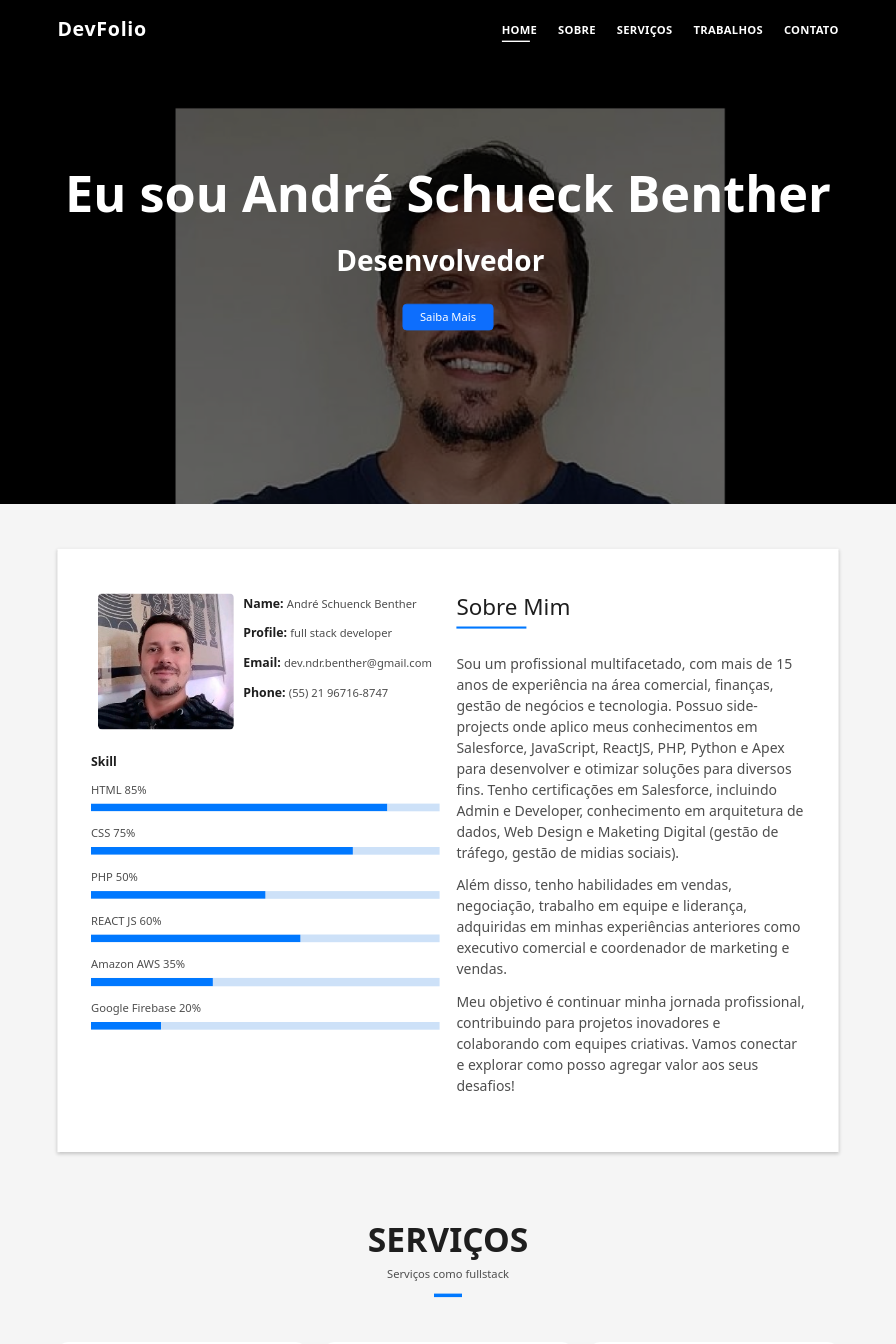
Repository: Andre-Benther/developerfolio
Page: index.html
The author's editor kept a copy of each file at every save. The page is drawn from the files as they stood at one save, then again after the next save.
The browser window is 1280 px wide. The pictures show the part of the page from y = 0 to 1920 px (the page is 4308 px tall), at 70% of full size.
Backgrounds fixed to the window are drawn as part of the page.

Above is the page before, as saved 2024-04-18 06:27:09.

After the next save:
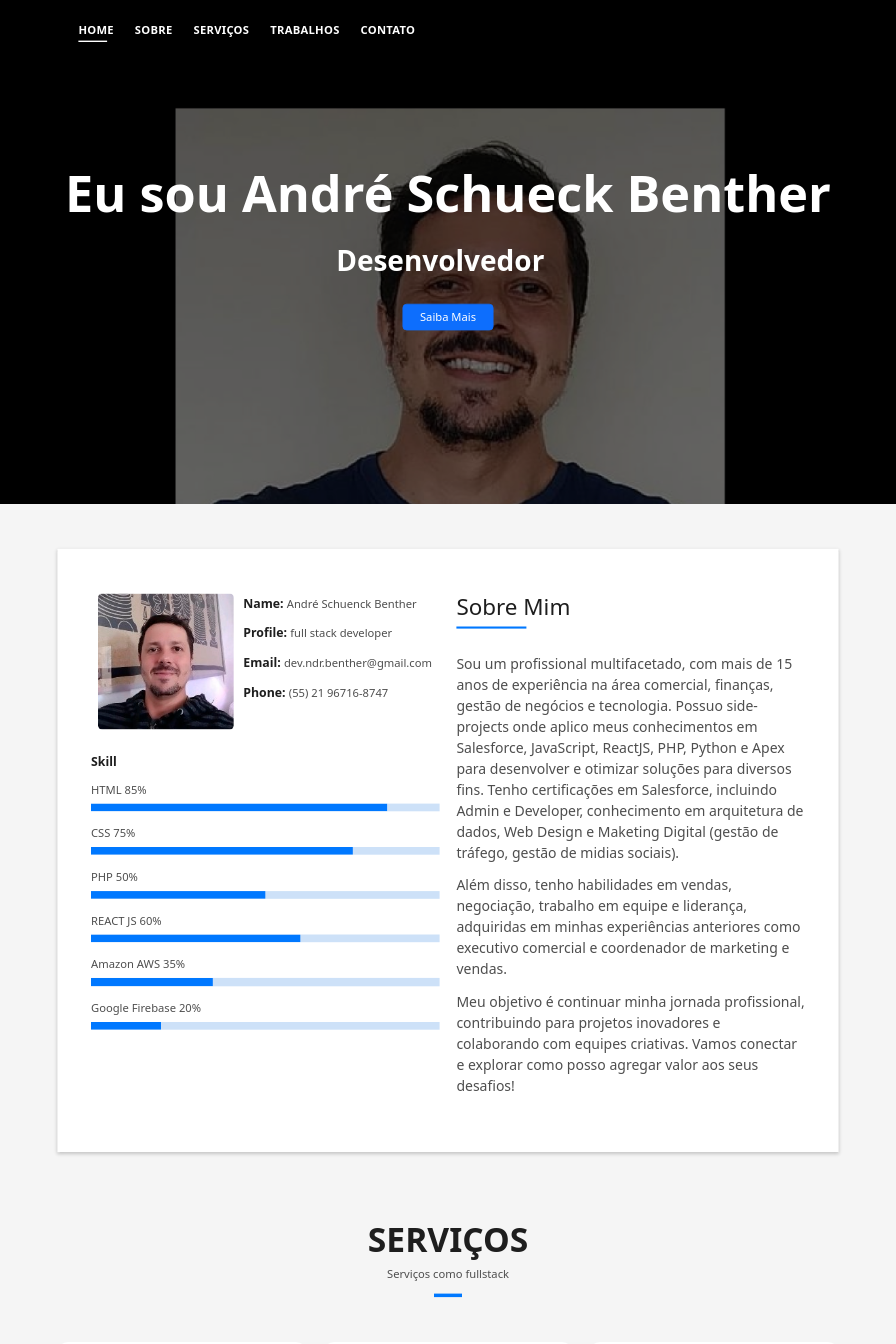
Saved 37 s later.
--- a/index.html
+++ b/index.html
@@ -37,7 +37,7 @@
   <header id="header" class="fixed-top">
     <div class="container d-flex align-items-center justify-content-between">
 
-      <h1 class="logo"><a href="index.html">DevFolio</a></h1>
+      <!-- <h1 class="logo"><a href="index.html">DevFolio</a></h1> -->
       <!-- Uncomment below if you prefer to use an image logo -->
       <!-- <a href="index.html" class="logo"><img src="assets/img/logo.png" alt="" class="img-fluid"></a>-->
 
